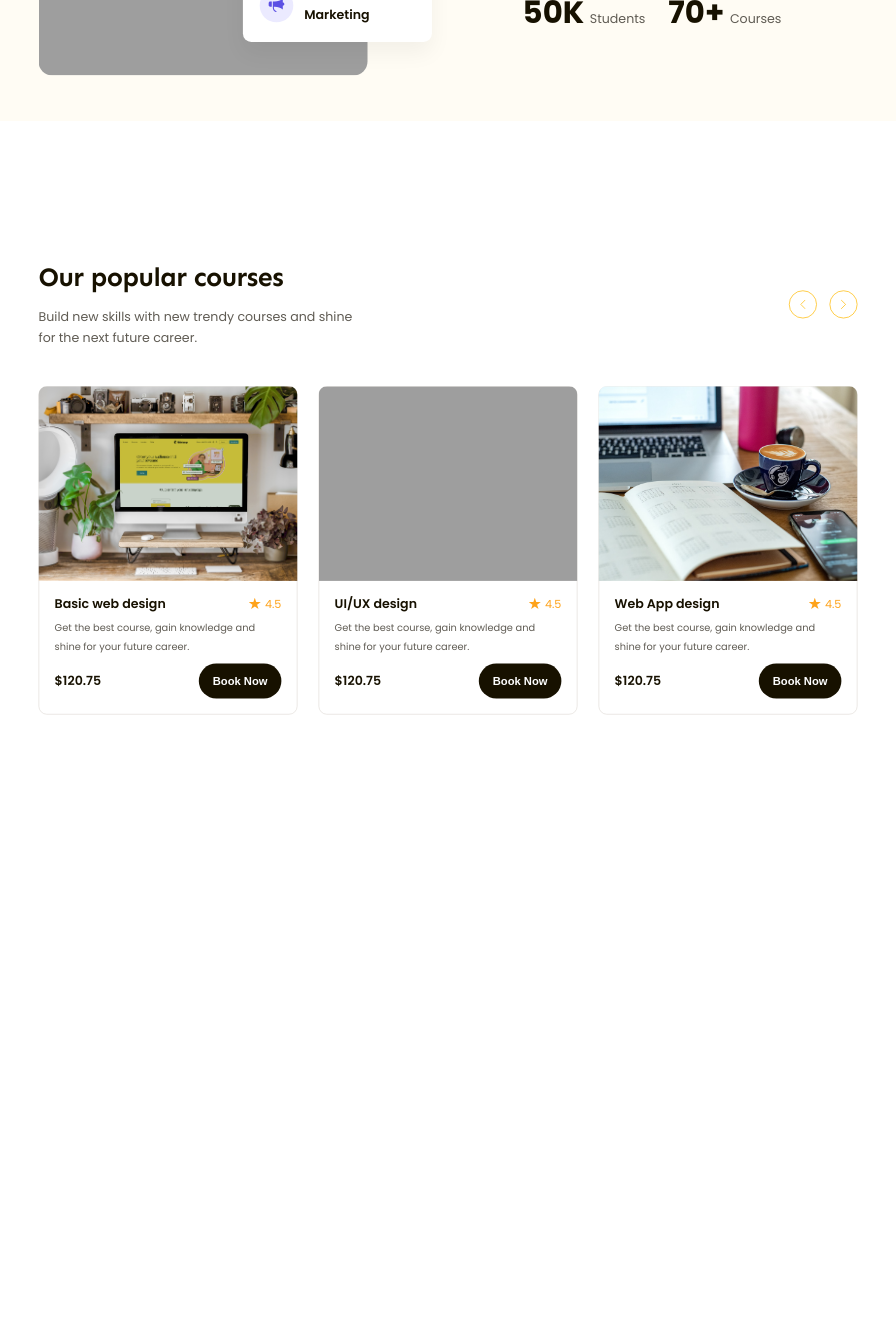
Repository: dovanlanh/f8-project-02
Page: index.html
These files come from the project's save history. The page is drawn as it stood at one moment and after the next save; the edit follows.
The browser window is 1280 px wide. The pictures show the part of the page from y = 727 to 2647 px (the page is 10000 px tall), at 70% of full size.
Pictures or frames that could not be fetched are drawn as grey boxes.

Above is the page before, as saved 2023-02-05 22:29:23.

### index.html
<!DOCTYPE html>
<html lang="en">
<head>
    <meta charset="UTF-8">
    <meta http-equiv="X-UA-Compatible" content="IE=edge">
    <meta name="viewport" content="width=device-width, initial-scale=1.0">
    <title>F8 Project 02</title>
    <!-- reset css -->
    <link rel="stylesheet" href="./assets/css/reset.css">
    <!-- embed fonts -->
    <link rel="preconnect" href="https://fonts.googleapis.com">
    <link rel="preconnect" href="https://fonts.gstatic.com" crossorigin>
    <link href="https://fonts.googleapis.com/css2?family=Poppins:ital,wght@0,400;0,500;0,600;0,700;1,400&family=Sen:wght@700&display=swap" rel="stylesheet">
    <!-- style -->
    <link rel="stylesheet" href="./assets/css/styles.css">
</head>
<body>
    <main style=" height: 10000px">
        <!-- header  -->
        <header class="header fixed">
            <div class="main-content">
                    <div class="body">
                        <!-- logo -->
                        <img src="./assets/img/Lesson.svg" alt="Lesson" class="Logo">
                        <!-- nav -->
                        <nav class="nav">
                            <ul>
                                <li class="active">
                                    <a href="#!">Home</a>
                                </li>
                                <li>
                                    <a href="#!">Courses</a>
                                </li>
                                <li>
                                    <a href="#!">Pricing</a>
                                </li>
                                <li>
                                    <a href="#!">Reviews</a>
                                </li>
                            </ul>
                        </nav>
                        <!-- active -->
                        <div class="action">
                            <a href="#!" class="btn sign-up-btn">Sign Up</a>
                        </div>
                    </div>
            </div>
        </header>
        <!-- Hero -->
        <div class="hero">
            <div class="main-content">
                <div class="body">
                    <!-- Hero left -->
                    <div class="media-block">
                        <img src="./assets/img/guy-lesson.svg" alt="" class="img">
                        <div class="hero-summary">
                            <div class="item">
                                <div class="icon">
                                    <img src="./assets/img/list-icon1.svg" alt="">
                                </div>
                                <div class="info">
                                    <p class="label">20 Courses</p>
                                    <p class="tittle">UI/UX Design</p>
                                </div>
                            </div>
                            <div class="item">
                                <div class="icon">
                                    <img src="./assets/img/list-icon2.svg" alt="">
                                </div>
                                <div class="info">
                                    <p class="label">20 Courses</p>
                                    <p class="tittle">Development</p>
                                </div>
                            </div>
                            <div class="item">
                                <div class="icon">
                                    <img src="./assets/img/list-icon3.svg" alt="">
                                </div>
                                <div class="info">
                                    <p class="label">30 Courses</p>
                                    <p class="tittle">Marketing</p>
                                </div>
                            </div>
                        </div>
                    </div>
                    <!-- hero-right -->
                    <div class="content-block">
                        <h1 class="heading lv1">Learn without limits and spread knowledge.</h1>
                        <p class="desc">
                            Build new skills for that “this is my year” feeling with courses, certificates, and degrees from world-class universities and companies.
                        </p>
                            <div class="cta-group">
                                <a href="#!" class="btn hero-cta">See Courses</a>
                                <button class="watch-video">
                                    <div class="icon">
                                        <img src="./assets/img/icon-watch-video.svg" alt="">
                                    </div>
                                    <span>Watch Video</span>
                                </button>
                            </div>
                        <p class="desc">Recent engagement</p>
                        <div class="desc stats">
                            <strong>50K</strong>Students
                            <strong>70+</strong>Courses
                        </div>
                    </div>
                </div>
            </div>
        </div>
        <!-- Popular -->
        <div class="popular">
            <div class="main-content">
                <!-- popular top -->
                <div class="popular-top">
                    <div class="info">
                        <h2 class="heading lv2">Our popular courses</h2>
                        <p class="desc">Build new skills with new trendy courses and shine for the next future career.</p>
                    </div>
                    <div class="controls">
                        <button class="control-btn">
                            <svg width="8" height="14" viewBox="0 0 8 14" fill="none" xmlns="http://www.w3.org/2000/svg">
                                <path d="M7 1L1 7L7 13" stroke="currentColor" stroke-linecap="round" stroke-linejoin="round"/>
                            </svg>
                        </button>
                        <button class="control-btn">
                            <svg width="8" height="14" viewBox="0 0 8 14" fill="none" xmlns="http://www.w3.org/2000/svg">
                                <path d="M1 1L7 7L1 13" stroke="currentColor" stroke-linecap="round" stroke-linejoin="round"/>
                            </svg>
                        </button>
                    </div>
                </div>
                <!-- popular-bottom -->
                <div class="course-list">
                    <!-- course item 1 -->
                    <div class="course-item">
                        <img src="./assets/img/img-popular/course1.jpg" alt="Basic web design" class="thumb">
                        <div class="info">
                            <div class="head">
                                <h3 class="tittle line-clamp">Basic web design</h3>
                                <div class="rating">
                                    <img src="./assets/img/Star.svg" alt="star" class="star">
                                    <span class="value">4.5</span>
                                </div>
                            </div>
                            <p class="desc-course">Get the best course, gain knowledge and shine for your future career.</p>
                            <div class="foot">
                                <span class="price">$120.75</span>
                                <button class="btn">Book Now</button>
                            </div>
                        </div>
                    </div>
                    <!-- course item 2 -->
                    <div class="course-item">
                        <img src="./assets/img/img-popular/course2.jpg" alt="UI/UX design" class="thumb">
                        <div class="info">
                            <div class="head">
                                <h3 class="tittle line-clamp">UI/UX design</h3>
                                <div class="rating">
                                    <img src="./assets/img/Star.svg" alt="star" class="star">
                                    <span class="value">4.5</span>
                                </div>
                            </div>
                            <p class="desc-course">Get the best course, gain knowledge and shine for your future career.</p>
                            <div class="foot">
                                <span class="price">$120.75</span>
                                <button class="btn">Book Now</button>
                            </div>
                        </div>
                    </div>
                    <!-- course item 3 -->
                    <div class="course-item">
                        <img src="./assets/img/img-popular/course3.jpg" alt="Web App design" class="thumb">
                        <div class="info">
                            <div class="head">
                                <h3 class="tittle line-clamp">Web App design</h3>
                                <div class="rating">
                                    <img src="./assets/img/Star.svg" alt="star" class="star">
                                    <span class="value">4.5</span>
                                </div>
                            </div>
                            <p class="desc-course">Get the best course, gain knowledge and shine for your future career.</p>
                            <div class="foot">
                                <span class="price">$120.75</span>
                                <button class="btn">Book Now</button>
                            </div>
                        </div>
                    </div>
                </div>
            </div>
        </div>

    </main>
</body>
</html>

### assets/css/styles.css
* {
    box-sizing: border-box;
}
:root {
    --font-heading: sen, sans-serif;
    --primary-color:#FFB900;
}
html,
body {
    scroll-behavior: smooth;
    font-size: 62.5%;
}

html {
    font-size: 62.5%;
}

body {
    font-size: 1.6rem;
    font-family: 'Poppins', sans-serif;
}

/* common */
.line-clamp {
    display: -webkit-box;
    -webkit-line-clamp: var(--line-clamp, 1);
    -webkit-box-orient: vertical;
    overflow: hidden;
}
.line-clamp.line-2 {
    line-clamp: 2;
}
.heading {
    font-family: var(--font-heading);
    font-weight: 700;
    letter-spacing: -0.02em;
    color: #171100;
}
a {
    text-decoration: none;
}
.main-content {
    width: 1170px;
    max-width: calc(100% - 48px);
    margin-left: auto;
    margin-right: auto;
}
.btn {
    min-width: 118px;
    display: inline-block;
    padding: 0 16px;
    align-items: center;
    line-height: 50px;
    font-weight: 600;
    font-size: 1.6rem;
    text-align: center;
    color: #FFFFFF;
    background: #171100;
    border-radius: 999px;
}
.btn:hover {
    opacity: 0.9;
}
/* header */
.header {
    background:#FFFCF4;
}
.header.fixed {
    position: sticky;
    top: -32px;
    z-index: 1;
}
.header .body {
    display: flex;
    align-items: center;
    padding: 36px 0 8px;
}
.nav ul {
    display: flex;
}

.nav {
    margin-left: auto;
}
.nav a {
    position: relative;
    padding: 8px 21px;
    font-weight: 400;
    font-size: 1.6rem;
    color: #5F5B53;
}
.nav a:hover,
.nav li.active a {
    text-shadow: 1px 0 0 currentColor;
    color: #171100;
}
.nav li.active a::after {
    left: 21px;
    bottom: 6px;
    display: block;
    content: "";
    position: absolute;
    width: 12px;
    height: 2px;
    background: #171100;
    border-radius: 1px;
}
.header .sign-up-btn {
    min-width: 144px;
}
.header .action {
    margin-left: 49px;
}

/* hero */
.hero {
    padding: 56px 0 65px;
    background:#FFFCF4;
}
.hero .body {
    display: flex;
}
/* hero left */
.hero .media-block {
    width: 48%;
    position: relative;
}

.hero .media-block .img {
    width: 470px;
    height: 685px;
    object-fit: cover;
    border-radius: 20px;
    display: block;
}
.hero .media-block .hero-summary {
    position: absolute;
    right: 0;
    bottom: 48px;
}
.hero .hero-summary {
    width: 270px;
    padding: 24px;
    background: #FFFFFF;
    box-shadow: 0px 16px 32px rgba(0, 0, 0, 0.05);
    border-radius: 12px;
}
.hero-summary .item {
    display: flex;
    align-items: center;
}
.hero-summary .icon {
    width: 48px;
    height: 48px;
    border-radius: 50%;
    display: flex;
    align-items: center;
    justify-content: center;
    background: #FFF9E8;
}
.hero-summary .info {
    margin-left: 16px;
}
.hero-summary .label {
    font-weight: 400;
    font-size: 1.4rem;
    line-height: 1.86;
    color: #5F5B53;
}
.hero-summary .tittle {
    font-weight: 600;
    font-size: 1.8rem;
    line-height: 1.67;
    color: #171100;
}
.hero-summary .item + .item {
    margin-top: 22px;
}
.hero-summary .item:nth-of-type(2) .icon {
    background: #FCEFFF;
}
.hero-summary .item:nth-of-type(3) .icon {
    background: #EBEAFF;
}
/* hero right */
.hero .content-block {
    width: 52%;
    padding: 64px 0 0 130px;
}
.hero .content-block .heading.lv1 {
    font-size: 5.8rem;
    line-height: 1.17;
}
.content-block .desc {
    margin-top: 22px;
    font-weight: 400;
    font-size: 1.8rem;
    line-height: 1.67;
    color: #5F5B53;
}
.content-block .cta-group {
    margin: 38px 0 48px;
}
.content-block .cta-group .hero-cta{
    min-width: 180px;
    background-color: var(--primary-color);
    line-height: 64px;
}
.content-block .cta-group {
    display: flex;
    align-items: center;
}
.hero .watch-video {
    margin-left: 28px;
    display: flex;
    align-items: center;
    border: none;
    background: transparent;
    cursor: pointer;

}
.cta-group span {
    font-family: 'poppins', sans-serif;
    margin-left: 14px;
    font-weight: 600;
    font-size: 1.8rem;
    line-height: 1.67;
    color: #171100;
}
.hero .watch-video .icon {
    display: flex;
    align-items: center;
    justify-content: center;
    width: 40px;
    height: 40px;
    background: #FFFFFF;
    box-shadow: 0px 8px 16px rgba(0, 0, 0, 0.07);
    border-radius: 50%;
    cursor: pointer;
}
.hero .watch-video .icon:hover {
    background: orange;
    opacity: 0.5;
}
.hero .stats {
    margin: 8px 0 0 -28px;

}
.hero .stats strong {
    --font-heading: sen, sans-serif;
    padding: 0 8px 0 28px;
    font-weight: 700;
    font-size: 4.4rem;
    line-height: 1.23;
    color: #171100;
}
/* popular */
.popular {
    padding: 65px 0;
    margin-top: 135px;
}
.popular .heading.lv2 {
    font-size: 3.8rem;
    line-height: 1.26;
}
.popular .desc {
    margin-top: 16px;
    width: 458px;
    font-weight: 400;
    font-size: 1.8rem;
    line-height: 1.67;
    color: #5F5B53;
}
.popular .popular-top {
    display: flex;
    justify-content: space-between;
    align-items: center;
}
.popular-top .controls {
    display: flex;
    gap: 18px;
}
.popular-top .control-btn {
    display: flex;
    align-items: center;
    justify-content: center;
    width: 40px;
    height: 40px;
    color: var(--primary-color);
    border: 1px solid var(--primary-color);
    border-radius: 50%;
    background: transparent;
}
.popular-top .control-btn:hover {
    color: #fff;
    background: var(--primary-color);
    cursor: pointer;
}
/* Course list */
.popular .course-list {
    display: flex;
    gap: 30px;
    margin-top: 55px;
}
.popular .course-item {
    flex: 1;
    width: 370px;
    background: #FFFFFF;
    border: 1px solid #E2DFDA;
    border-radius: 12px;
}
.popular .course-item .thumb {
    width: calc(100% + 2px);
    height: 278px;
    margin: -1px;
    object-fit: cover;
    border-radius: 12px 12px 0px 0px;
}
.popular .course-item .info {
    padding: 16px 22px 22px;
}
.popular .course-item .foot,
.popular .course-item .rating,
.popular .course-item .head {
    display: flex;
    align-items: center;
    justify-content: space-between;
}
.popular .course-item .tittle {
    font-weight: 600;
    font-size: 1.8rem;
    line-height: 1.67;
    color: #171100;
}
.popular .course-item .rating .value {
    margin-left: 6px;
    font-weight: 400;
    font-size: 1.6rem;
    line-height: 1.75;
    color: #FEA31B;
}
.popular .course-item .desc-course {
    margin-top: 6px;
    font-weight: 400;
    font-size: 1.4rem;
    line-height: 1.86;
    color: #5F5B53;
}
.popular .foot {
    margin-top: 12px;
}
.popular .foot .price{
    font-weight: 600;
    font-size: 1.8rem;
    line-height: 1.67;
    color: #171100;
}
.popular .foot .btn {
    height: 50px;
    border: none;
}
.popular .foot .btn:hover {
    background: #FFB900;
    transition: 0.2s;
}

Loaded but not shown: assets/css/reset.css (common file)

After the next save:
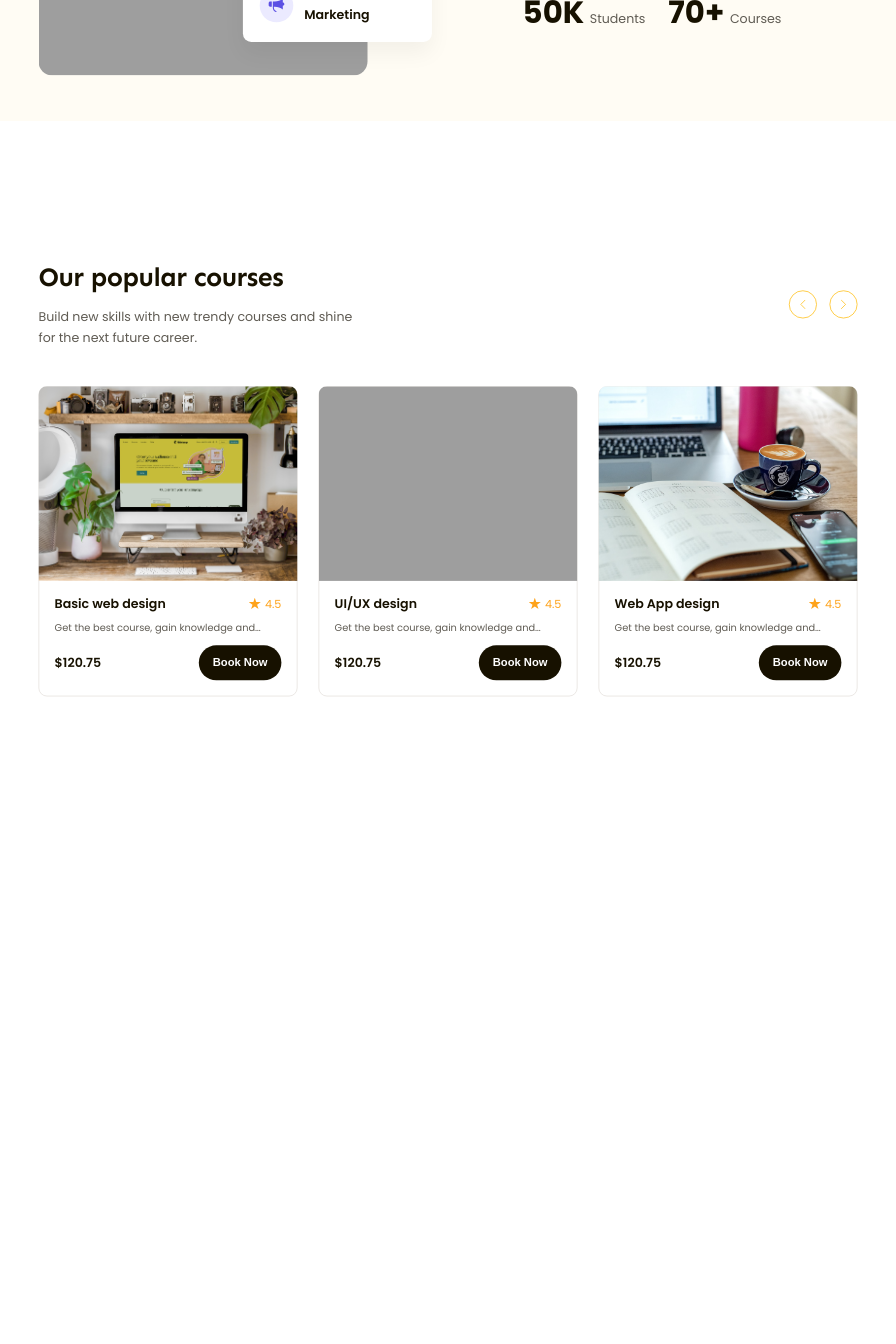
Saved 67 s later.
--- a/index.html
+++ b/index.html
@@ -142,7 +142,7 @@
                                     <span class="value">4.5</span>
                                 </div>
                             </div>
-                            <p class="desc-course">Get the best course, gain knowledge and shine for your future career.</p>
+                            <p class="desc-course line-clamp line-2">Get the best course, gain knowledge and shine for your future career.</p>
                             <div class="foot">
                                 <span class="price">$120.75</span>
                                 <button class="btn">Book Now</button>
@@ -160,7 +160,7 @@
                                     <span class="value">4.5</span>
                                 </div>
                             </div>
-                            <p class="desc-course">Get the best course, gain knowledge and shine for your future career.</p>
+                            <p class="desc-course line-clamp line-2">Get the best course, gain knowledge and shine for your future career.</p>
                             <div class="foot">
                                 <span class="price">$120.75</span>
                                 <button class="btn">Book Now</button>
@@ -178,7 +178,7 @@
                                     <span class="value">4.5</span>
                                 </div>
                             </div>
-                            <p class="desc-course">Get the best course, gain knowledge and shine for your future career.</p>
+                            <p class="desc-course line-clamp line-2">Get the best course, gain knowledge and shine for your future careerGet the best course, gain knowledge and shine for your future careerGet the best course, gain knowledge and shine for your future career.</p>
                             <div class="foot">
                                 <span class="price">$120.75</span>
                                 <button class="btn">Book Now</button>

After the 2 saves that followed:
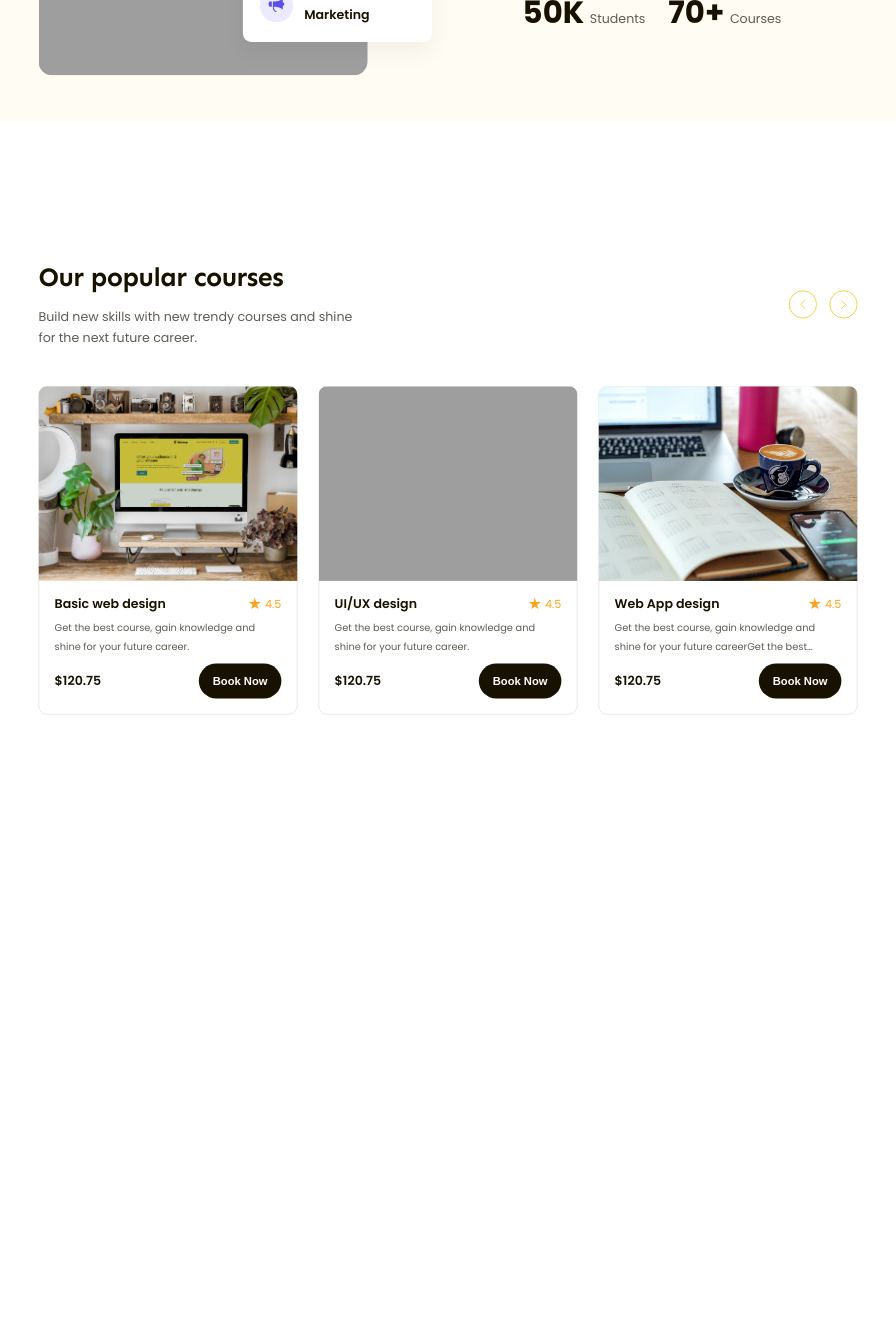
The 2 saves are shown as one change because 1 left the picture as it was.
The last was saved 70 s later.
--- a/assets/css/styles.css
+++ b/assets/css/styles.css
@@ -28,7 +28,7 @@ body {
     overflow: hidden;
 }
 .line-clamp.line-2 {
-    line-clamp: 2;
+    --line-clamp: 2;
 }
 .heading {
     font-family: var(--font-heading);
